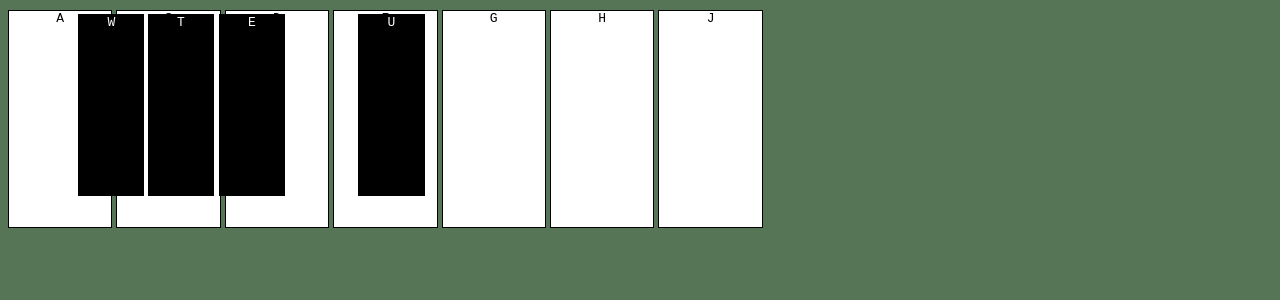
Repository: ctcoleman/Virtual-Piano
Page: index.html
These files come from the project's save history. The page is drawn as it stood at one moment and after a run of saves; the edit follows.
The browser window is 1280 px wide. The pictures show the whole page.

Above is the page before, as saved 2020-07-20 09:00:52.

After the next 3 saves:
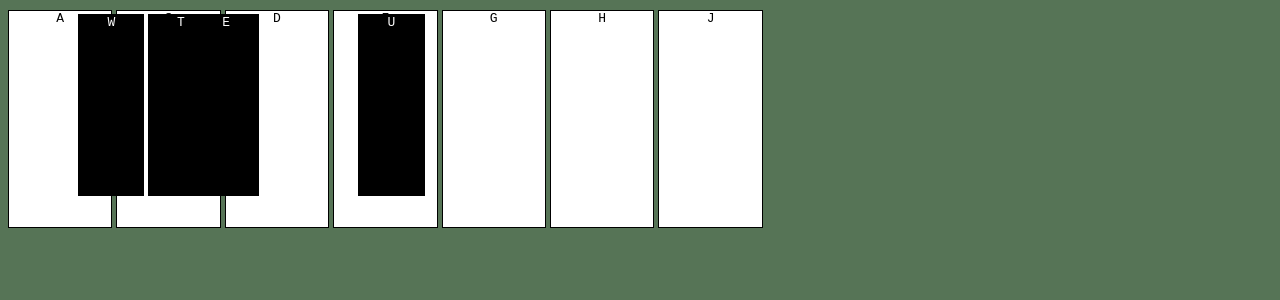
The 3 saves are shown as one change because they came seconds apart.
The last was saved 11 s later.
--- a/index.css
+++ b/index.css
@@ -38,7 +38,7 @@ html {
     left: 5.5vw;
 }
 #KeyE {
-    left: 11vw;
+    left: 9vw;
 }
 #KeyT {
     left: vw;
